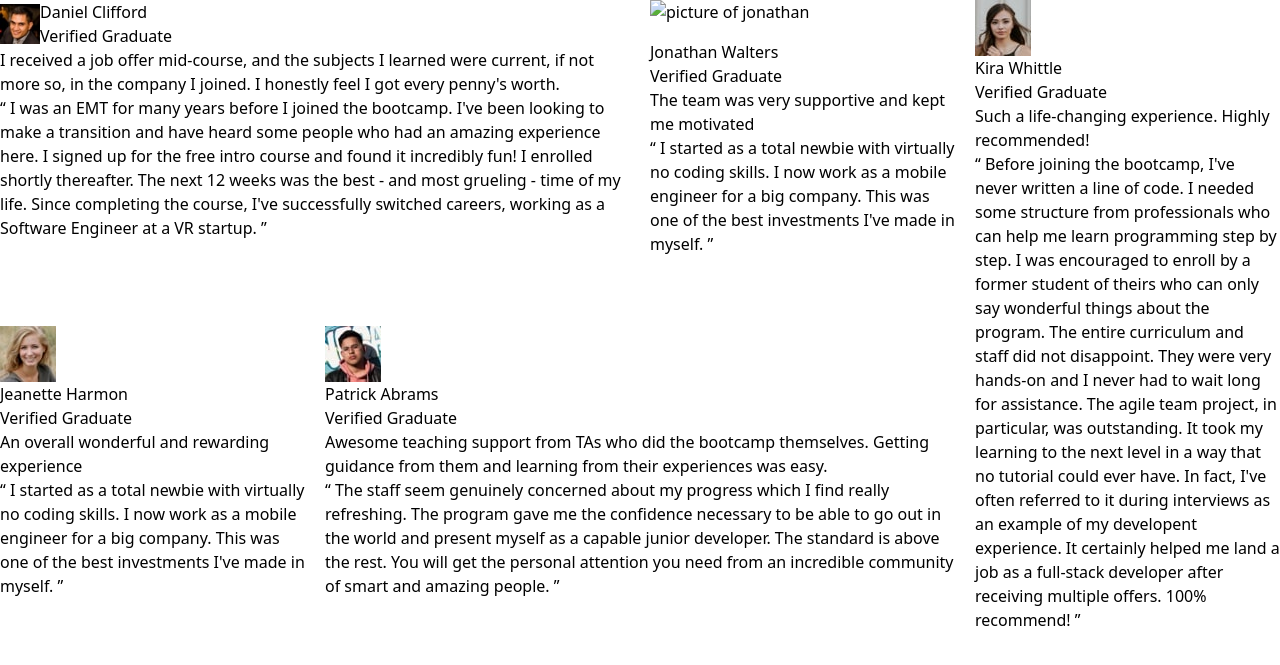
Repository: DiyBookOfLife/ps-FrontendMentor
Page: index.html
An editor plug-in stored every save of this project. The page is shown before and after the next save, followed by the edit.
The browser window is 1280 px wide. The pictures show the whole page.
Some web libraries are served in a nearby version.

Above is the page before, as saved 2026-01-02 13:29:46.

### index.html
<!DOCTYPE html>
<html lang="en">

<head>
  <meta charset="UTF-8">
  <meta name="viewport" content="width=device-width, initial-scale=1.0">
  <!-- displays site properly based on user's device -->

  <link rel="icon" type="image/png" sizes="32x32" href="./images/favicon-32x32.png">

  <title>Frontend Mentor | [Challenge Name Here]</title>

  <link rel="preconnect" href="https://fonts.googleapis.com">
  <link rel="preconnect" href="https://fonts.gstatic.com" crossorigin>
  <link href="https://fonts.googleapis.com/css2?family=Barlow+Semi+Condensed:ital,wght@0,100;0,200;0,300;0,400;0,500;0,600;0,700;0,800;0,900;1,100;1,200;1,300;1,400;1,500;1,600;1,700;1,800;1,900&display=swap" rel="stylesheet">

  <!-- <link rel="stylesheet" href="./styles.css"> -->
  <script src="https://cdn.tailwindcss.com"></script>
</head>

<body>
  <main>
    <section class="grid grid-cols-4 grid-rows-2 gap-[20px]">
      <div class="col-start-1 col-end-3">
        <div class="flex items-center">
          <img class="h-[40px]" src="./images/image-daniel.jpg" alt="picture of daniel">
          <div class="flex flex-col justify-center">
            <div>Daniel Clifford</div>
            <div>Verified Graduate</div>
          </div>
        </div>

        <p>
          I received a job offer mid-course, and the subjects I learned were current, if not more so,
          in the company I joined. I honestly feel I got every penny's worth.
        </p>

        <p>
          “ I was an EMT for many years before I joined the bootcamp. I've been looking to make a
          transition and have heard some people who had an amazing experience here. I signed up
          for the free intro course and found it incredibly fun! I enrolled shortly thereafter.
          The next 12 weeks was the best - and most grueling - time of my life. Since completing
          the course, I've successfully switched careers, working as a Software Engineer at a VR startup. ”
        </p>
      </div>

      <div class="card" id="jonathan_card">
        <div class="profile">
          <img class="h-[40px] src="./images/image-jonathan.jpg" alt="picture of jonathan">
          <div class="flex flex-col justify-center">
            <div>Jonathan Walters</div>
            <div>Verified Graduate</div>
          </div>
        </div>

        <p>
          The team was very supportive and kept me motivated
        </p>

        <p>
          “ I started as a total newbie with virtually no coding skills. I now work as a mobile engineer
          for a big company. This was one of the best investments I've made in myself. ”
        </p>
      </div>



      <div class="card" id="jeanette_card">
        <div class="profile">
          <img src="./images/image-jeanette.jpg" alt="picture of jeanette">
          <div class="flex flex-col justify-center">
            <div>Jeanette Harmon</div>
            <div>Verified Graduate</div>
          </div>
        </div>

        <p>
          An overall wonderful and rewarding experience
        </p>

        <p>
          “ I started as a total newbie with virtually no coding skills. I now work as a mobile engineer
          for a big company. This was one of the best investments I've made in myself. ”
        </p>
      </div>


      <div class="col-start-2 col-end-4">
        <div class="profile">
          <img src="./images/image-patrick.jpg" alt="picture of patrick">
          <div class="flex flex-col justify-center">
            <div>Patrick Abrams</div>
            <div>Verified Graduate</div>
          </div>
        </div>

        <p>
          Awesome teaching support from TAs who did the bootcamp themselves. Getting guidance from them and
          learning from their experiences was easy.
        </p>

        <p>
          “ The staff seem genuinely concerned about my progress which I find really refreshing. The program
          gave me the confidence necessary to be able to go out in the world and present myself as a capable
          junior developer. The standard is above the rest. You will get the personal attention you need from
          an incredible community of smart and amazing people. ”
        </p>
      </div>



      <div class="col-start-4 col-end-5 row-start-1 row-end-3">
        <div class="profile">
          <img src="./images/image-kira.jpg" alt="picture of kira">
          <div>
            <div>Kira Whittle</div>
            <div>Verified Graduate</div>
          </div>
        </div>

        <p>
          Such a life-changing experience. Highly recommended!
        </p>

        <p>
          “ Before joining the bootcamp, I've never written a line of code. I needed some structure from
          professionals who can help me learn programming step by step. I was encouraged to enroll by a former
          student of theirs who can only say wonderful things about the program. The entire curriculum and staff
          did not disappoint. They were very hands-on and I never had to wait long for assistance. The agile team
          project, in particular, was outstanding. It took my learning to the next level in a way that no tutorial
          could ever have. In fact, I've often referred to it during interviews as an example of my developent
          experience. It certainly helped me land a job as a full-stack developer after receiving multiple offers.
          100% recommend! ”
        </p>
      </div>

    </section>
  </main>
</body>

</html>

After the next save:
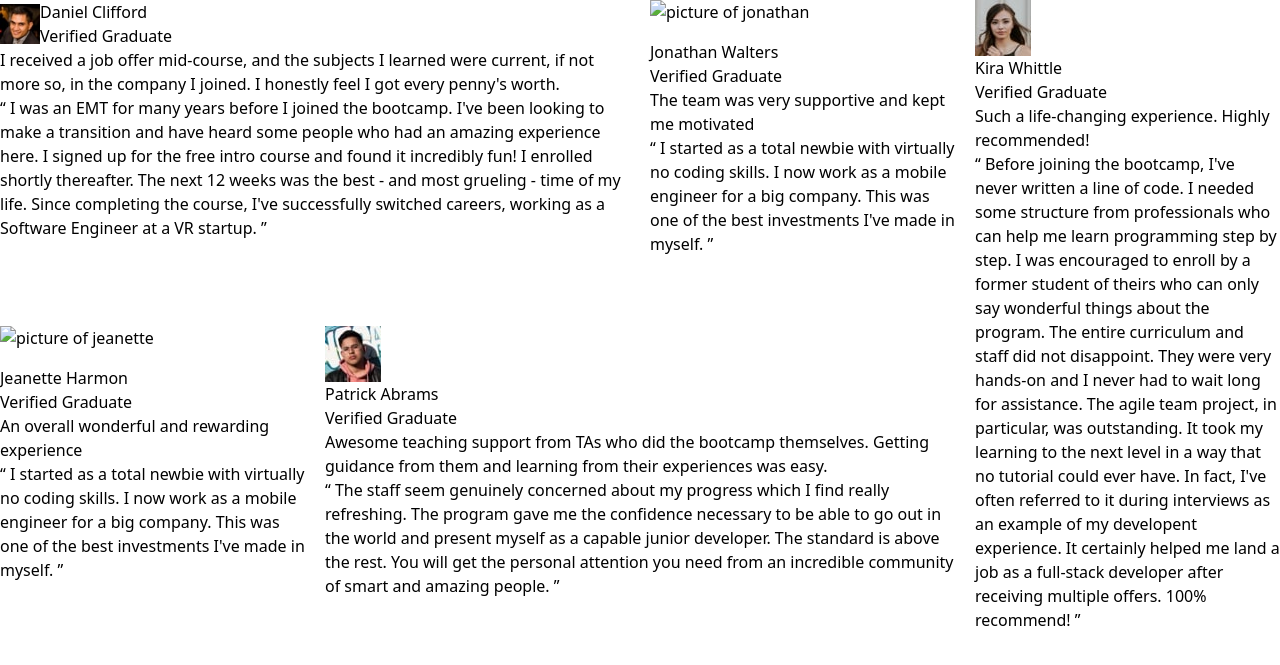
Saved 5 s later.
--- a/index.html
+++ b/index.html
@@ -67,7 +67,7 @@
 
       <div class="card" id="jeanette_card">
         <div class="profile">
-          <img src="./images/image-jeanette.jpg" alt="picture of jeanette">
+          <img class="h-[40px] src="./images/image-jeanette.jpg" alt="picture of jeanette">
           <div class="flex flex-col justify-center">
             <div>Jeanette Harmon</div>
             <div>Verified Graduate</div>
